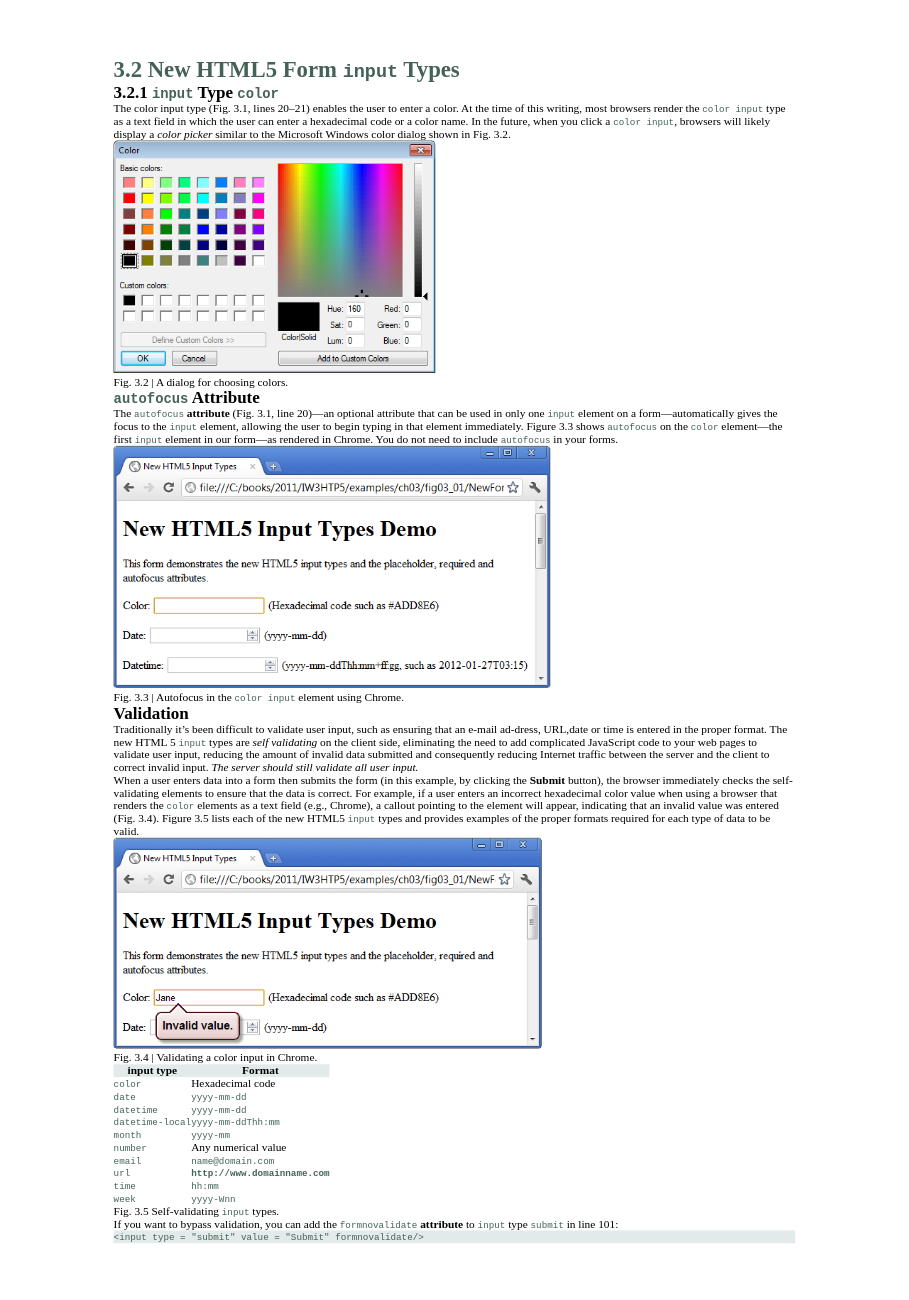
Repository: mlmEFSC21/P4-Textbook-Copy
Page: index.html
An editor plug-in stored every save of this project. The page is shown before and after the next save, followed by the edit.
The browser window is 1280 px wide. The pictures show the whole page, at 71% of full size.

Above is the page before, as saved 2022-02-03 15:46:34.

### index.html
<!DOCTYPE html>
<html lang="en">
    <head>
        <meta charset="UTF-8" />
        <meta http-equiv="X-UA-Compatible" content="IE=edge" />
        <meta name="viewport" content="width=device-width, initial-scale=1.0" />
        <link rel="stylesheet" href="bookStyles.css" />
        <title>Laying Out Book Pages</title>
    </head>
    <header>
        <h1>3.2 New HTML5 Form <code>input</code> Types</h1>
    </header>
    <body>
        <section class="color-input-type">
            <header>
                <h2>3.2.1 <code>input</code> Type <code>color</code></h2>
            </header>
            <p>
                The color input type (Fig. 3.1, lines 20–21) enables the user to enter a color. At
                the time of this writing, most browsers render the <code>color input</code> type as
                a text field in which the user can enter a hexadecimal code or a color name. In the
                future, when you click a <code>color input</code>, browsers will likely display a
                <em>color picker</em> similar to the Microsoft Windows color dialog shown in Fig.
                3.2.
            </p>
            <figure>
                <img src="images\OperaColorInput.png" alt="Microsoft Windows color dialog" />
                <figcaption>Fig. 3.2 | A dialog for choosing colors.</figcaption>
            </figure>
        </section>
        <section class="autofocus-attribute">
            <header>
                <h2><code>autofocus</code> Attribute</h2>
            </header>
            <p>
                The <code>autofocus</code> <strong>attribute</strong> (Fig. 3.1, line 20)—an
                optional attribute that can be used in only one <code>input</code> element on a
                form—automatically gives the focus to the <code>input</code> element, allowing the
                user to begin typing in that element immediately. Figure 3.3 shows
                <code>autofocus</code> on the <code>color</code> element—the first
                <code>input</code> element in our form—as rendered in Chrome. You do not need to
                include <code>autofocus</code> in your forms.
            </p>
            <figure>
                <img
                    src="images\Autofocus.png"
                    alt="web page demo of autofocus on a color input field"
                />
                <figcaption>
                    Fig. 3.3 | Autofocus in the <code>color input</code> element using Chrome.
                </figcaption>
            </figure>
        </section>
        <section class="input-validation">
            <header>
                <h2>Validation</h2>
            </header>
            <p>
                Traditionally it’s been difficult to validate user input, such as ensuring that an
                e-mail ad-dress, URL,date or time is entered in the proper format. The new HTML 5
                <code>input</code> types are <em>self validating</em> on the client side,
                eliminating the need to add complicated JavaScript code to your web pages to
                validate user input, reducing the amount of invalid data submitted and consequently
                reducing Internet traffic between the server and the client to correct invalid
                input. <em>The server should still validate all user input.</em>
            </p>
            <p>
                When a user enters data into a form then submits the form (in this example, by
                clicking the <strong>Submit</strong> button), the browser immediately checks the
                self-validating elements to ensure that the data is correct. For example, if a user
                enters an incorrect hexadecimal color value when using a browser that renders the
                <code>color</code> elements as a text field (e.g., Chrome), a callout pointing to
                the element will appear, indicating that an invalid value was entered (Fig. 3.4).
                Figure 3.5 lists each of the new HTML5 <code>input</code> types and provides
                examples of the proper formats required for each type of data to be valid.
            </p>
            <figure>
                <img
                    src="images\SelfValidationChrome.png"
                    alt="web page demo of validation preventing a non color input into a color input field"
                />
                <figcaption>Fig. 3.4 | Validating a color input in Chrome.</figcaption>
            </figure>
        </section>
        <section class="self-validating-types">
            <figure>
                <table class="validation-table">
                    <thead>
                        <th>input type</th>
                        <th>Format</th>
                    </thead>
                    <tr>
                        <td><code>color</code></td>
                        <td>Hexadecimal code</td>
                    </tr>
                    <tr>
                        <td><code>date</code></td>
                        <td><code>yyyy-mm-dd</code></td>
                    </tr>
                    <tr>
                        <td><code>datetime</code></td>
                        <td><code>yyyy-mm-dd</code></td>
                    </tr>
                    <tr>
                        <td><code>datetime-local</code></td>
                        <td><code>yyyy-mm-ddThh:mm</code></td>
                    </tr>
                    <tr>
                        <td><code>month</code></td>
                        <td><code>yyyy-mm</code></td>
                    </tr>
                    <tr>
                        <td><code>number</code></td>
                        <td>Any numerical value</td>
                    </tr>
                    <tr>
                        <td><code>email</code></td>
                        <td><code>name@domain.com</code></td>
                    </tr>
                    <tr>
                        <td><code>url</code></td>
                        <td>
                            <a href="http://www.domainname.com"
                                ><code>http://www.domainname.com</code></a
                            >
                        </td>
                    </tr>
                    <tr>
                        <td><code>time</code></td>
                        <td><code>hh:mm</code></td>
                    </tr>
                    <tr>
                        <td><code>week</code></td>
                        <td><code>yyyy-Wnn</code></td>
                    </tr>
                </table>
                <figcaption>Fig. 3.5 Self-validating <code>input</code> types.</figcaption>
            </figure>
            <aside>
                <p>
                    If you want to bypass validation, you can add the <code>formnovalidate</code>
                    <strong>attribute</strong> to <code>input</code> type <code>submit</code> in
                    line 101:
                </p>
                <div class="form-no-val">
                    <code>&lt;input type = "submit" value = "Submit" formnovalidate/&gt;</code>
                </div>
            </aside>
        </section>
    </body>
</html>

### bookStyles.css
:root {
    --clr-prime: #;
    --clr-background-accent: rgba(70, 114, 115, 0.15);
    --clr-font-links: #275b8a;
    --clr-font-prime: black;
    --clr-font-code: #446256;
    --clr-font-figcap: darkgrey;
    --clr-background: white;
}
*,
*::before,
*::after {
    margin: 0;
    padding: 0;
    box-sizing: border-box;
}
body {
    margin: 80px;
    padding: 0 80px;
    padding: auto;
    background-color: var(--clr-background);
    color: var(--clr-font-prime);
}
code,
h1 {
    color: var(--clr-font-code);
}
table {
    border-collapse: collapse;
}
a {
    color: var(--clr-font-links);
    text-decoration: none;
    font-weight: 700;
    cursor: pointer;
}
th,
div {
    background-color: var(--clr-background-accent);
}

After the next save:
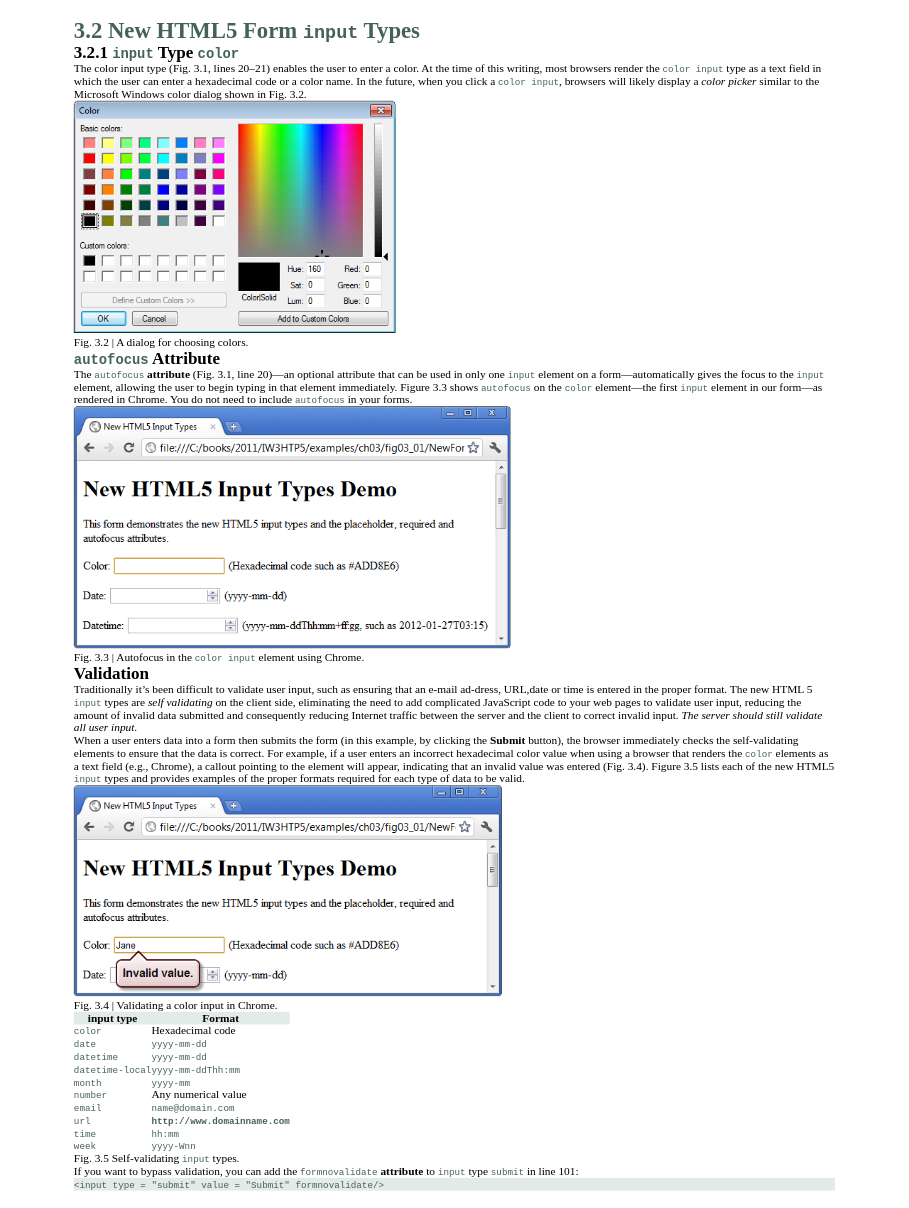
Saved 11 s later.
--- a/bookStyles.css
+++ b/bookStyles.css
@@ -15,7 +15,7 @@
     box-sizing: border-box;
 }
 body {
-    margin: 80px;
+    margin: 1.5rem;
     padding: 0 80px;
     padding: auto;
     background-color: var(--clr-background);
